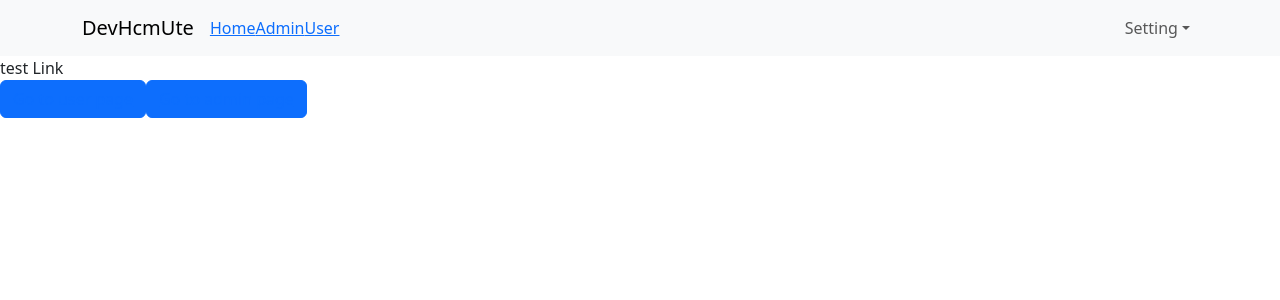
Repository: nnbxxx/React-Untimate
Page: /
An editor plug-in stored every save of this project. The page is shown before and after the next save, followed by the edit.
The browser window is 1280 px wide. The pictures show the whole page.
The project was rebuilt for these pictures with package versions that can differ from the ones it lists, and the page was loaded fresh each time. Also part of the build but not shown: src/components/User/User.js, src/components/Admin/Admin.js.

Above is the page before, as saved 2023-04-11 16:35:40.

### src/index.js
import React from "react";
import ReactDOM from "react-dom/client";
import App from "./App";
import reportWebVitals from "./reportWebVitals";
import { Provider } from "react-redux";
import store from "./redux/store";
import "bootstrap/dist/css/bootstrap.min.css";
import User from "./components/User/User";
import Admin from "./components/Admin/Admin";
import {
  createBrowserRouter,
  RouterProvider,
  BrowserRouter,
  Route,
  Routes,
} from "react-router-dom";
const root = ReactDOM.createRoot(document.getElementById("root"));
root.render(
  <Provider store={store}>
    {/* <React.StrictMode> */}
    <BrowserRouter>
      <Routes>
        <Route path='/' element={<App />} />
        <Route path='users' element={<User />} />
        <Route path='admins' element={<Admin />} />
      </Routes>
    </BrowserRouter>

    {/* </React.StrictMode> */}
  </Provider>
);

// If you want to start measuring performance in your app, pass a function
// to log results (for example: reportWebVitals(console.log))
// or send to an analytics endpoint. Learn more: https://bit.ly/CRA-vitals
reportWebVitals();

### src/App.js
import { Button } from "react-bootstrap";
import "./App.scss";
import Header from "./components/Header/Header";
import { Link } from "react-router-dom";

const App = () => {
  return (
    <div className='app-container'>
      <Header />
      <div>
        test Link
        <div>
          <Button>
            <Link to='./users'>Go to user page</Link>
          </Button>
          <Button>
            <Link to='./admins'>Go to admin page</Link>
          </Button>
        </div>
      </div>
    </div>
  );
};

export default App;

### src/App.scss
body {
  padding: 0;
  margin: 0;
  font-family: -apple-system, BlinkMacSystemFont, "Segoe UI", "Roboto", "Oxygen",
    "Ubuntu", "Cantarell", "Fira Sans", "Droid Sans", "Helvetica Neue",
    sans-serif;
  -webkit-font-smoothing: antialiased;
  -moz-osx-font-smoothing: grayscale;
}

### src/components/Header/Header.js
import Container from "react-bootstrap/Container";
import Nav from "react-bootstrap/Nav";
import Navbar from "react-bootstrap/Navbar";
import NavDropdown from "react-bootstrap/NavDropdown";
import { Link } from "react-router-dom";

const Header = () => {
  return (
    <Navbar bg='light' expand='lg'>
      <Container>
        <Navbar.Brand href='/'>DevHcmUte</Navbar.Brand>
        <Navbar.Toggle aria-controls='basic-navbar-nav' />
        <Navbar.Collapse id='basic-navbar-nav'>
          <Nav className='me-auto'>
            <Link to='/'>Home</Link>
            <Link to='./admins'>Admin</Link>
            <Link to='./users'>User</Link>
          </Nav>
          <Nav>
            <NavDropdown title='Setting' id='basic-nav-dropdown'>
              <NavDropdown.Item href='#action/3.1'>Log in</NavDropdown.Item>
              <NavDropdown.Item href='#action/3.2'>Log out</NavDropdown.Item>
              <NavDropdown.Item href='#action/3.3'>Profile</NavDropdown.Item>
              <NavDropdown.Divider />
              <NavDropdown.Item href='#action/3.4'>
                Separated link
              </NavDropdown.Item>
            </NavDropdown>
          </Nav>
        </Navbar.Collapse>
      </Container>
    </Navbar>
  );
};

export default Header;

Loaded but not shown: public/index.html (common file); src/reportWebVitals.js (common file); src/redux/store.js (common file); src/redux/reducer/rootReducer.js (common file); src/redux/reducer/counterReducer.js (common file); src/redux/action/counterAction.js (common file)

After the next save:
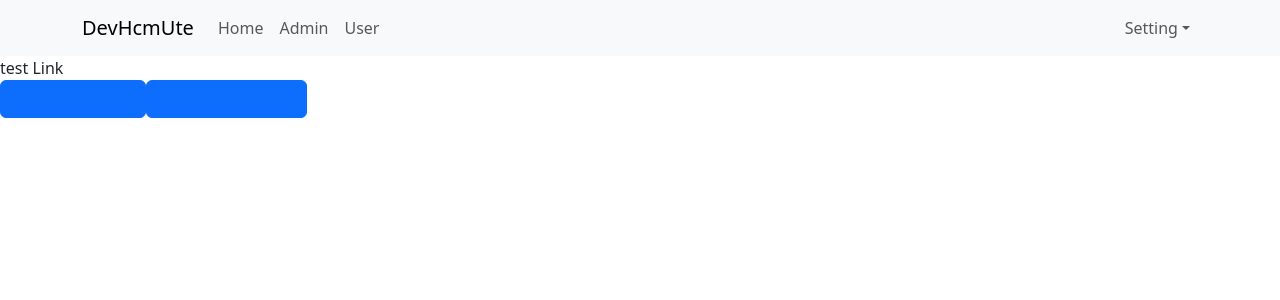
Saved 53 s later.
--- a/src/components/Header/Header.js
+++ b/src/components/Header/Header.js
@@ -12,9 +12,15 @@ const Header = () => {
         <Navbar.Toggle aria-controls='basic-navbar-nav' />
         <Navbar.Collapse id='basic-navbar-nav'>
           <Nav className='me-auto'>
-            <Link to='/'>Home</Link>
-            <Link to='./admins'>Admin</Link>
-            <Link to='./users'>User</Link>
+            <Link to='/' className='nav-link'>
+              Home
+            </Link>
+            <Link to='./admins' className='nav-link'>
+              Admin
+            </Link>
+            <Link to='./users' className='nav-link'>
+              User
+            </Link>
           </Nav>
           <Nav>
             <NavDropdown title='Setting' id='basic-nav-dropdown'>
